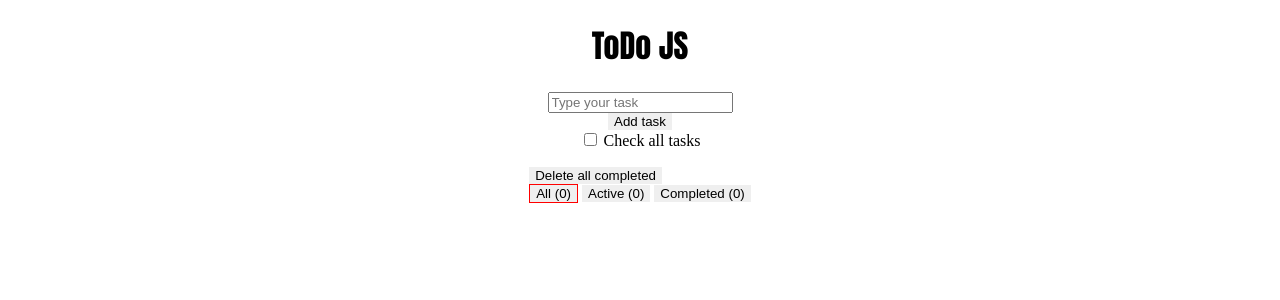
Repository: mklyagin/klyagin_todojs
Page: index.html
An editor plug-in stored every save of this project. The page is shown before and after the next save, followed by the edit.
The browser window is 1280 px wide. The pictures show the whole page.

Above is the page before, as saved 2024-02-27 15:46:20.

After the next save:
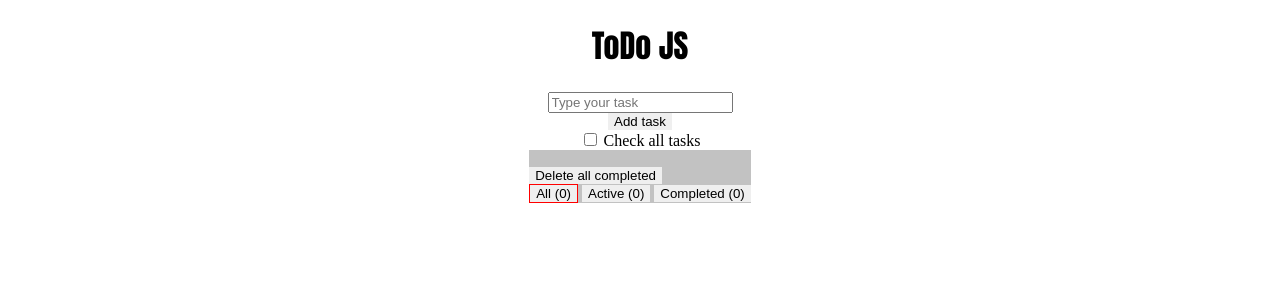
Saved 25 s later.
--- a/style.css
+++ b/style.css
@@ -15,7 +15,7 @@ button {
  border: none;
 }
 
-.tack-functions {
+.task-functions {
   background: #c2c2c2;
 }
 
